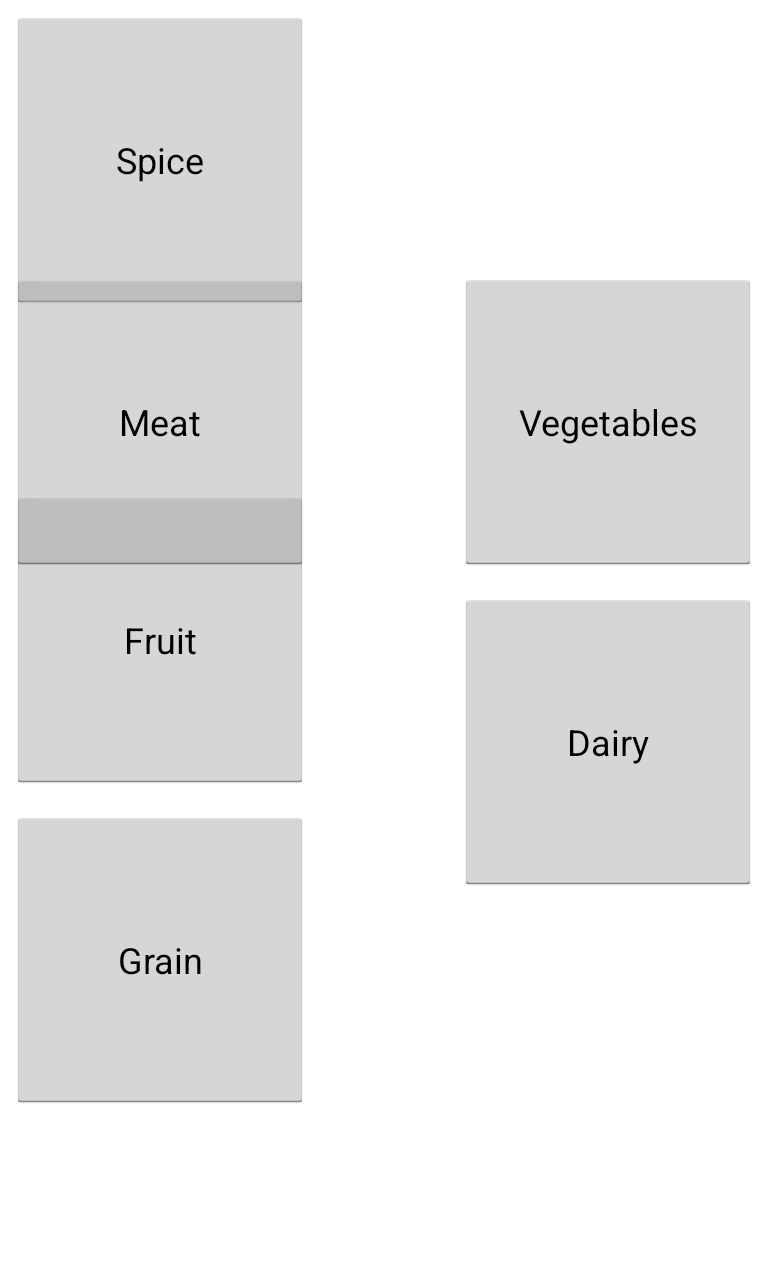
Repository: jmwood22/Boyardroid
Layout: Boyardroid/res/layout/activity_quick_recipe.xml
The author's editor kept a copy of each file at every save. The layout is drawn from the files as they stood at one save, then again after the next save.
It is drawn on a 768 x 1280 px phone screen (xhdpi) without system bars, with theme AppTheme; the app's code is not run.

Above is the layout before, as saved 2013-02-22 02:06:12.

### Boyardroid/res/layout/activity_quick_recipe.xml
<RelativeLayout xmlns:android="http://schemas.android.com/apk/res/android"
    xmlns:tools="http://schemas.android.com/tools"
    android:layout_width="match_parent"
    android:layout_height="match_parent"
    tools:context=".QuickRecipe" >

    <Button
        android:id="@+id/spice"
        android:layout_width="150dp"
        android:layout_height="150dp"
        android:layout_alignBaseline="@+id/grains"
        android:layout_alignBottom="@+id/grains"
        android:layout_alignLeft="@+id/vegetables"
        android:layout_margin="5dip"
        android:text="@string/spice" />

    <Button
        android:id="@+id/vegetable"
        android:layout_width="150dp"
        android:layout_height="150dp"
        android:layout_above="@+id/dairy"
        android:layout_alignParentRight="true"
        android:layout_margin="5dip"
        android:text="@string/vegetable" />

    <Button
        android:id="@+id/fruit"
        android:layout_width="150dp"
        android:layout_height="150dp"
        android:layout_alignParentLeft="true"
        android:layout_centerVertical="true"
        android:layout_margin="5dip"
        android:text="@string/title_activity_fruit" />

    <Button
        android:id="@+id/meat"
        android:layout_width="150dp"
        android:layout_height="150dp"
        android:layout_above="@+id/dairy"
        android:layout_alignParentLeft="true"
        android:layout_margin="5dip"
        android:text="@string/meat" />

    <Button
        android:id="@+id/dairy"
        android:layout_width="150dp"
        android:layout_height="150dp"
        android:layout_alignBaseline="@+id/fruit"
        android:layout_alignBottom="@+id/fruit"
        android:layout_alignParentRight="true"
        android:layout_margin="5dip"
        android:text="@string/dairy" />

    <Button
        android:id="@+id/grain"
        android:layout_width="150dp"
        android:layout_height="150dp"
        android:layout_alignParentLeft="true"
        android:layout_below="@+id/fruit"
        android:layout_margin="5dip"
        android:text="@string/grain" />

</RelativeLayout>

### Boyardroid/res/values/strings.xml
<?xml version="1.0" encoding="utf-8"?>
<resources>

    <string name="app_name">BoyarDroid</string>
    <string name="quick_recipe">Quick Recipe</string>
    <string name="menu_settings">Settings</string>
    <string name="title_activity_quck_recipe">QuckRecipe</string>
    <string name="title_activity_quick_recipe">QuickRecipe</string>
    <string name="find_recipe">Find Recipes</string>
    <string name="hello_world">Hello world!</string>
    <string name="title_activity_home_screen">HomeScreen</string>
    <string name="title_activity_fridge">Fridge</string>
    <string name="fridge_button">Fridge</string>
    <string name="dinner_button">Dinner</string>
    <string name="breakfast_button">Breakfast</string>
    <string name="lunch_button">Lunch</string>
    <string name="user_button">User text</string>
    <string name="addIngredient_button">Add Ingredient</string>
    <string name="removeIngredient_button">Remove Ingredient</string>
    <string name="favoriteRecipe_button">Favorite Recipes</string>
    <string name="title_activity_fruit">Fruit</string>
    <string name="apple">Apple</string>
    <string name="banana">Banana</string>
    <string name="lemon">Lemon</string>
    <string name="lime">Lime</string>
    <string name="blueberry">Blueberry</string>
    <string name="grape">Grape</string>
    <string name="orange">Orange</string>
    <string name="meat">Meat</string>
    <string name="vegetable">Vegetables</string>
    <string name="dairy">Dairy</string>
    <string name="grain">Grain</string>
    <string name="spice">Spice</string>


</resources>

Loaded but not shown: Boyardroid/res/values/styles.xml (common file); Boyardroid/res/values-v11/styles.xml (common file); Boyardroid/res/values-v14/styles.xml (common file)

After the next save:
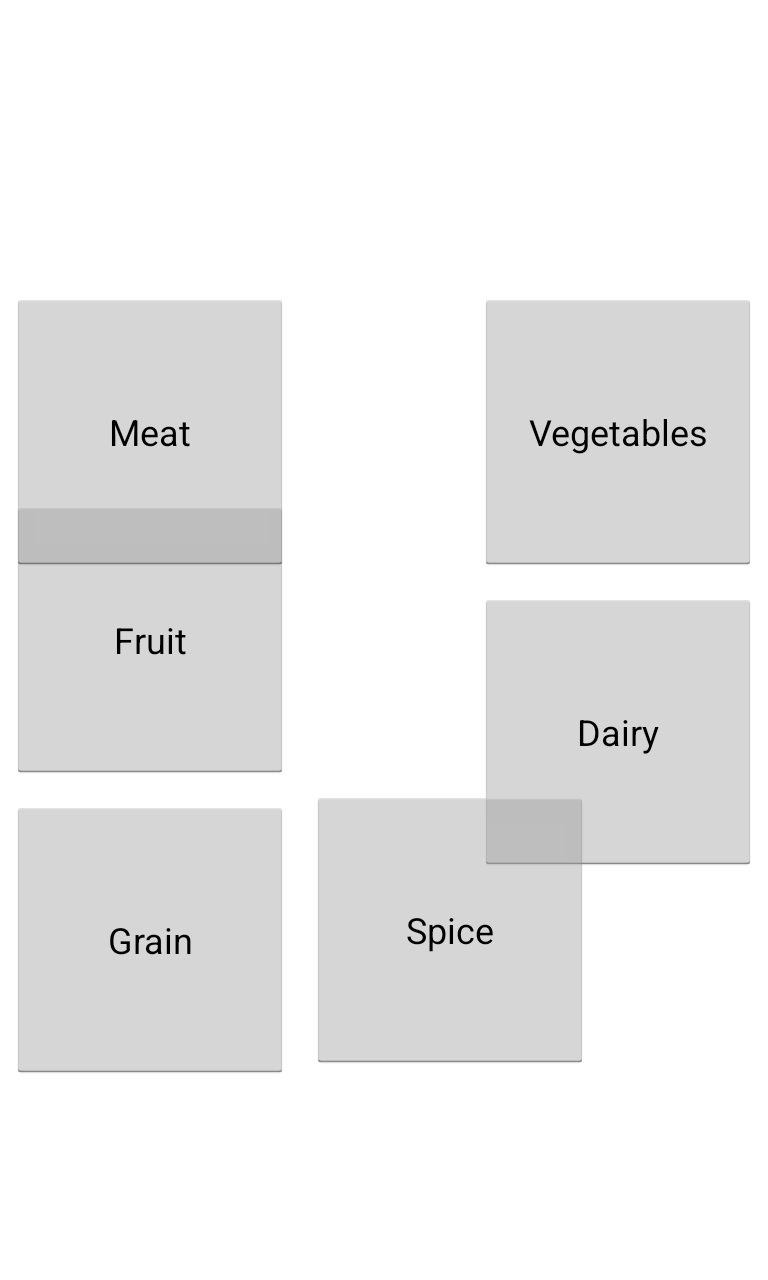
Saved 66 s later.
--- a/Boyardroid/res/layout/activity_quick_recipe.xml
+++ b/Boyardroid/res/layout/activity_quick_recipe.xml
@@ -5,19 +5,9 @@
     tools:context=".QuickRecipe" >
 
     <Button
-        android:id="@+id/spice"
-        android:layout_width="150dp"
-        android:layout_height="150dp"
-        android:layout_alignBaseline="@+id/grains"
-        android:layout_alignBottom="@+id/grains"
-        android:layout_alignLeft="@+id/vegetables"
-        android:layout_margin="5dip"
-        android:text="@string/spice" />
-
-    <Button
         android:id="@+id/vegetable"
-        android:layout_width="150dp"
-        android:layout_height="150dp"
+        android:layout_width="140dp"
+        android:layout_height="140dp"
         android:layout_above="@+id/dairy"
         android:layout_alignParentRight="true"
         android:layout_margin="5dip"
@@ -25,8 +15,8 @@
 
     <Button
         android:id="@+id/fruit"
-        android:layout_width="150dp"
-        android:layout_height="150dp"
+        android:layout_width="140dp"
+        android:layout_height="140dp"
         android:layout_alignParentLeft="true"
         android:layout_centerVertical="true"
         android:layout_margin="5dip"
@@ -34,8 +24,8 @@
 
     <Button
         android:id="@+id/meat"
-        android:layout_width="150dp"
-        android:layout_height="150dp"
+        android:layout_width="140dp"
+        android:layout_height="140dp"
         android:layout_above="@+id/dairy"
         android:layout_alignParentLeft="true"
         android:layout_margin="5dip"
@@ -43,8 +33,8 @@
 
     <Button
         android:id="@+id/dairy"
-        android:layout_width="150dp"
-        android:layout_height="150dp"
+        android:layout_width="140dp"
+        android:layout_height="140dp"
         android:layout_alignBaseline="@+id/fruit"
         android:layout_alignBottom="@+id/fruit"
         android:layout_alignParentRight="true"
@@ -53,11 +43,20 @@
 
     <Button
         android:id="@+id/grain"
-        android:layout_width="150dp"
-        android:layout_height="150dp"
+        android:layout_width="140dp"
+        android:layout_height="140dp"
         android:layout_alignParentLeft="true"
         android:layout_below="@+id/fruit"
         android:layout_margin="5dip"
         android:text="@string/grain" />
 
+    <Button
+        android:id="@+id/spice"
+        android:layout_width="140dp"
+        android:layout_height="140dp"
+        android:layout_alignBottom="@+id/grain"
+        android:layout_margin="5dip"
+        android:layout_toRightOf="@+id/fruit"
+        android:text="@string/spice" />
+
 </RelativeLayout>
